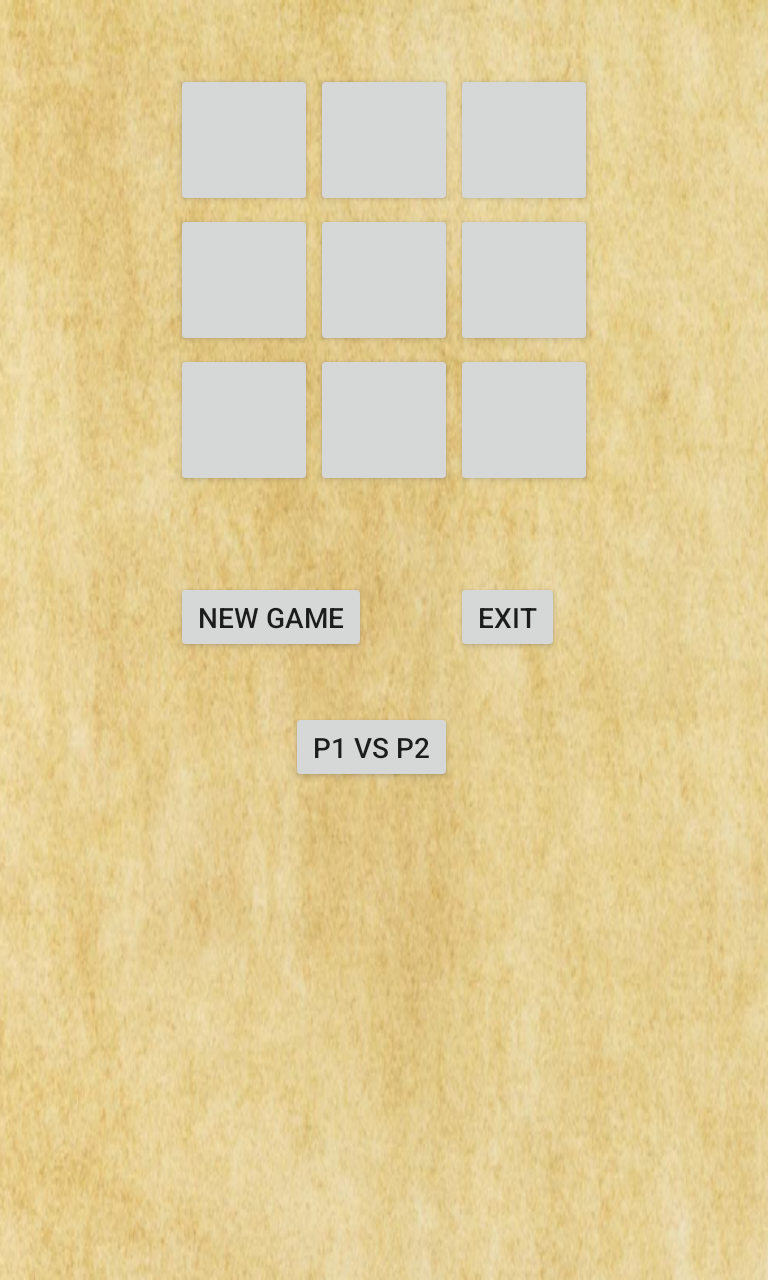
Repository: dtakiy/jogovelha
Layout: games/res/layout/activity_atividade2.xml
The author's editor kept a copy of each file at every save. The layout is drawn from the files as they stood at one save, then again after the next save.
It is drawn on a 768 x 1280 px phone screen (xhdpi) without system bars, with theme AppTheme; the app's code is not run.

Above is the layout before, as saved 2014-09-18 03:23:29.

After the next save:
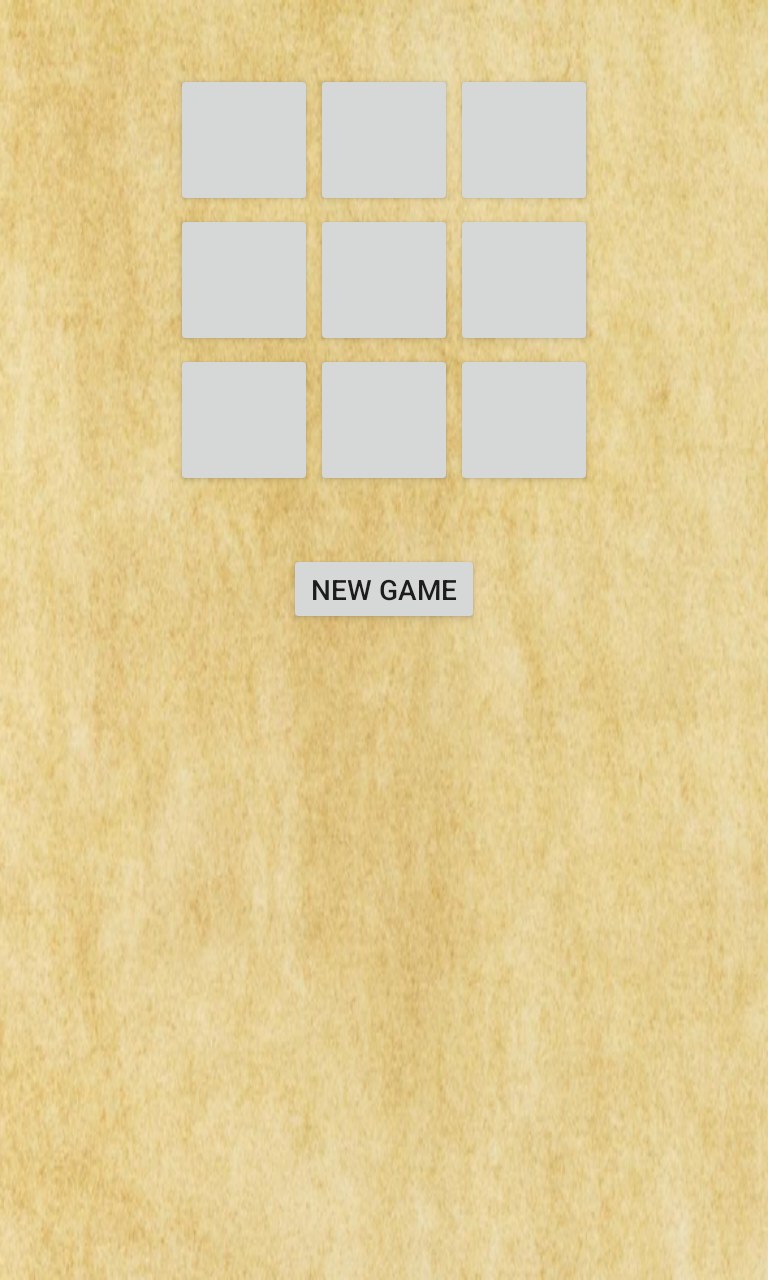
Saved 4 min 12 s later.
--- a/games/res/layout/activity_atividade2.xml
+++ b/games/res/layout/activity_atividade2.xml
@@ -97,37 +97,15 @@
 	    android:minHeight="70dip"
 	    android:minWidth="70dip" />
 
-		<Button
-		    android:id="@+id/newgame"
-		    android:layout_width="wrap_content"
-		    android:layout_height="wrap_content"
-		    android:layout_alignBaseline="@+id/sair"
-		    android:layout_alignBottom="@+id/sair"
-		    android:layout_alignLeft="@+id/quadrado7"
-		    android:minHeight="20dip"
-		    android:minWidth="20dip"
-		    android:text="@string/newgame" />
-
-		<Button
-		    android:id="@+id/sair"
-		    android:layout_width="wrap_content"
-		    android:layout_height="wrap_content"
-		    android:layout_alignLeft="@+id/quadrado3"
-		    android:layout_below="@+id/quadrado3"
-		    android:layout_marginTop="44dp"
-		    android:minHeight="20dip"
-		    android:minWidth="20dip"
-		    android:text="@string/sair" />
-
 	  <Button
-	      android:id="@+id/p1"
+	      android:id="@+id/newgame"
 	      android:layout_width="wrap_content"
 	      android:layout_height="wrap_content"
-	      android:layout_below="@+id/newgame"
-	      android:layout_marginTop="26dp"
-	      android:layout_toLeftOf="@+id/sair"
+	      android:layout_below="@+id/quadrado8"
+	      android:layout_centerHorizontal="true"
+	      android:layout_marginTop="30dp"
 	      android:minHeight="20dip"
 	      android:minWidth="20dip"
-	      android:text="@string/p1" />
+	      android:text="@string/newgame" />
 
 </RelativeLayout>
